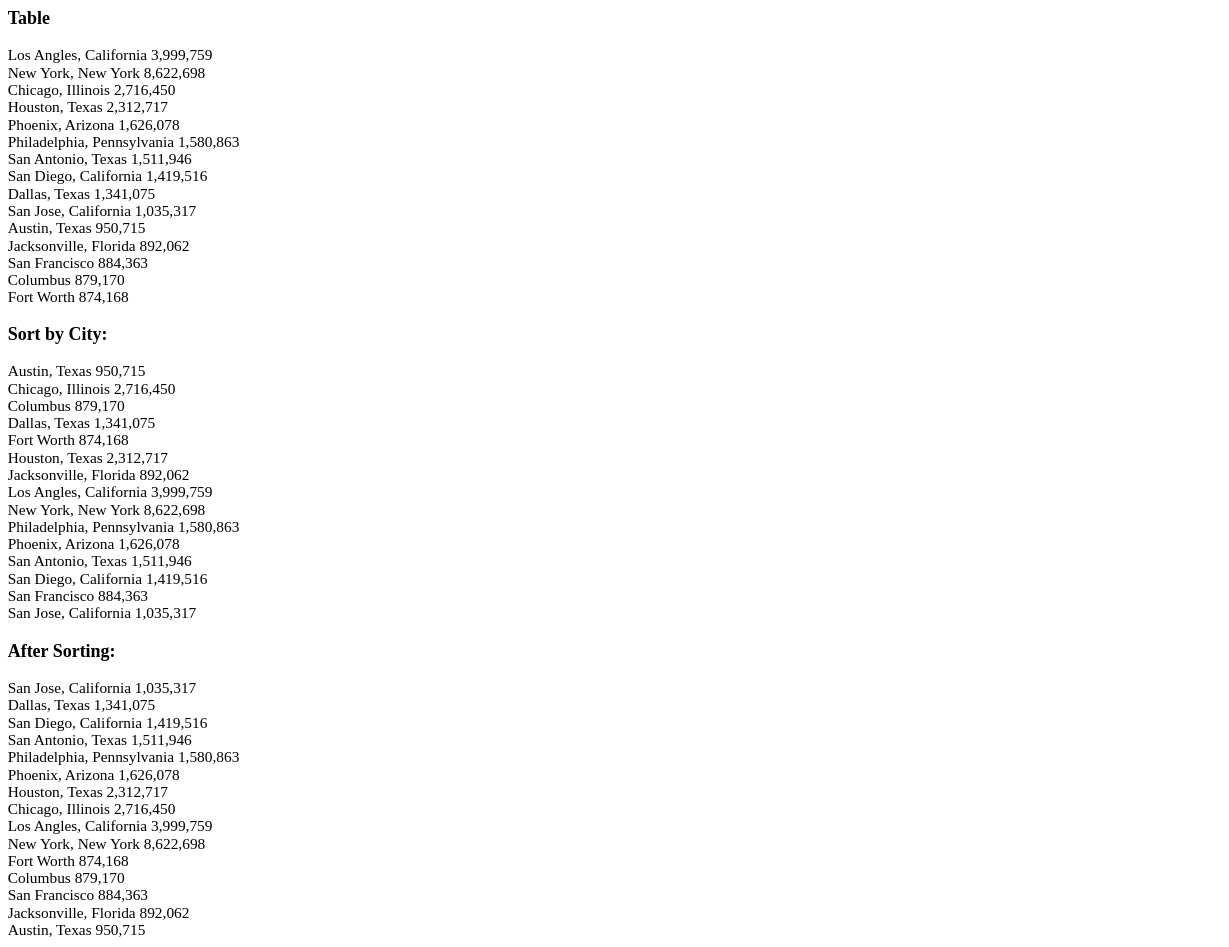
Repository: Lpanglb/COSW30
Page: http://localhost/Homework/HW4/population.php
The author's editor kept a record of every edit. The page is drawn from the files as they stood at one moment, then again after the next edit.
The browser window is 1280 px wide. The pictures show the whole page, at 96% of full size.
The page is run by PHP 8.4 with error messages shown; the project is at /var/www/html/.

Above is the page before.

After the next edit:
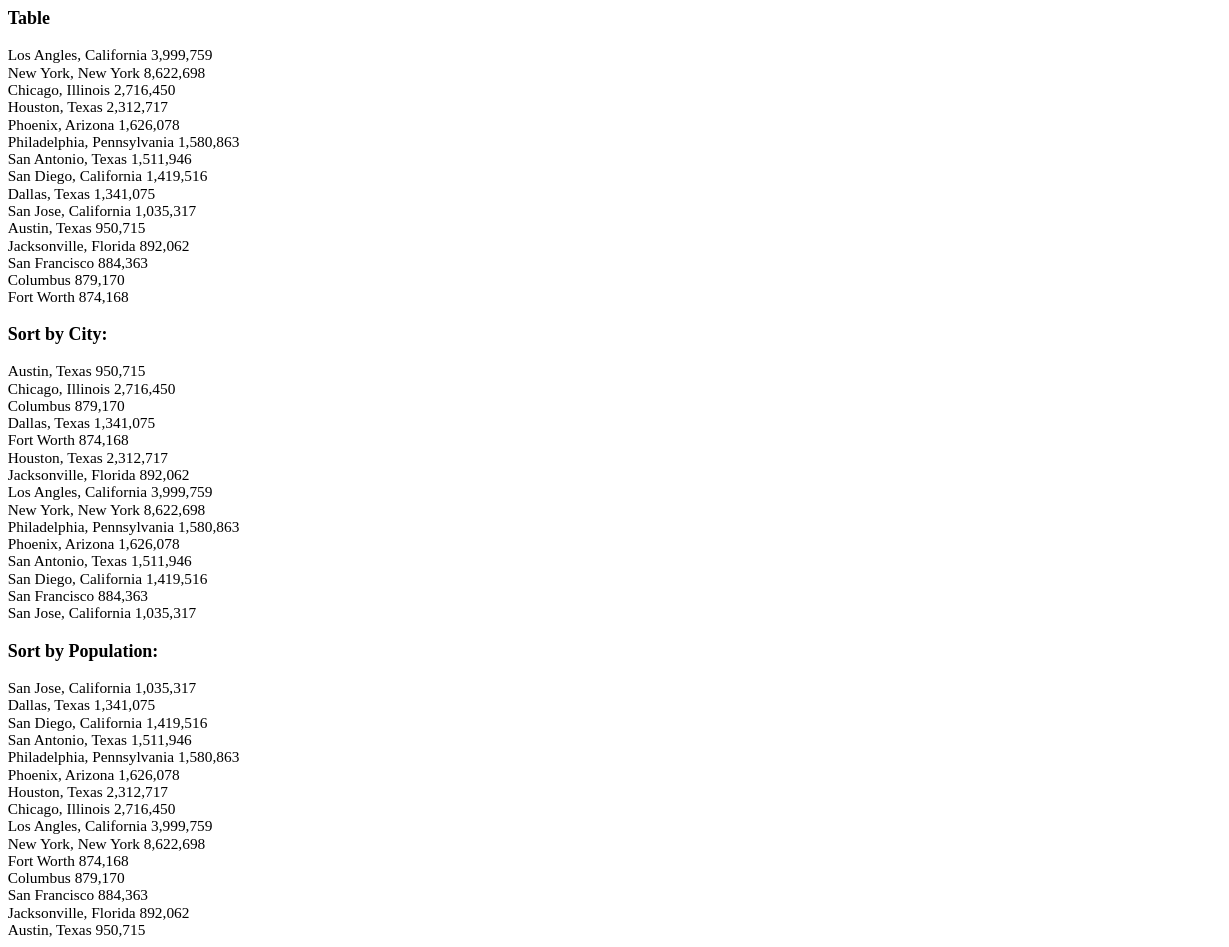
The edit:
--- a/Homework/HW4/population.php
+++ b/Homework/HW4/population.php
@@ -32,7 +32,7 @@
     echo " " . $x . " " . $x_value;
     echo "<br>";
 }
-echo "<h3>After Sorting:</h3>";
+echo "<h3>Sort by Population:</h3>";
 asort($populate);
 foreach($populate as $x => $x_value) {
     echo " " . $x . " " . $x_value;
